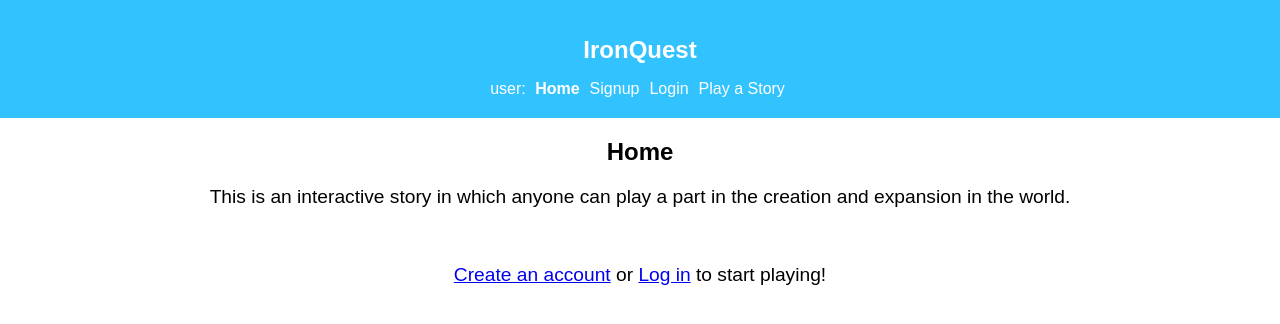
Repository: MikeTroianello/project4
Page: / (app in client/)
These files come from the project's save history. The page is drawn as it stood at one moment and after the next save; the edit follows.
The browser window is 1280 px wide. The pictures show the whole page.
The page's requests for data from a server got no answer. The project was rebuilt for these pictures with package versions that can differ from the ones it lists, and the page was loaded fresh each time. No one was signed in, and anything a server would have sent is missing. Also part of the build but not shown: client/src/components/pages/StoryPage.jsx, client/src/components/pages/CreateStory.jsx, client/src/components/pages/ReadStory.jsx, client/src/components/pages/Login.jsx, client/src/components/pages/Signup.jsx.

Above is the page before, as saved 2019-03-21 13:17:33.

After the next save:
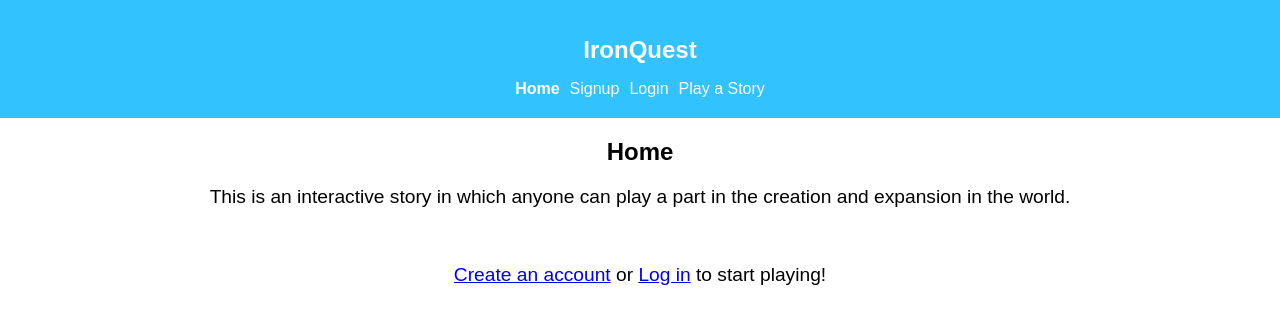
Saved 46 s later.
--- a/client/src/components/App.jsx
+++ b/client/src/components/App.jsx
@@ -38,7 +38,8 @@ export default class App extends Component {
       <div className="App">
         <header className="App-header">
           <h1 className="App-title">IronQuest</h1>
-          user: {this.state.user.username}
+          {api.isLoggedIn() && <p>Hello, {this.state.user.username}</p>}
+
           <NavLink to="/" exact>Home</NavLink>
           {!api.isLoggedIn() && <NavLink to="/signup">Signup</NavLink>}
           {!api.isLoggedIn() && <NavLink to="/login">Login</NavLink>}
